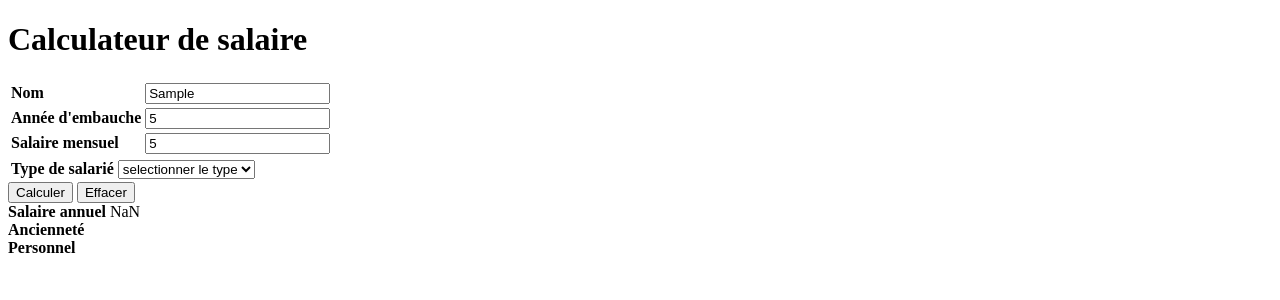
Repository: AgatheLM/formation_js
Page: insee-travaux-js/insee-client-js/tp2.html
An editor plug-in stored every save of this project. The page is shown before and after the next save, followed by the edit.
The browser window is 1280 px wide. The pictures show the whole page.
Empty fields were first filled with sample values (such as "Sample", 5 or name@example.com).
After loading, the first visible `input[onclick="calculer()"]` was clicked once.

Above is the page before, as saved 2018-01-25 11:06:22.

After the next save:
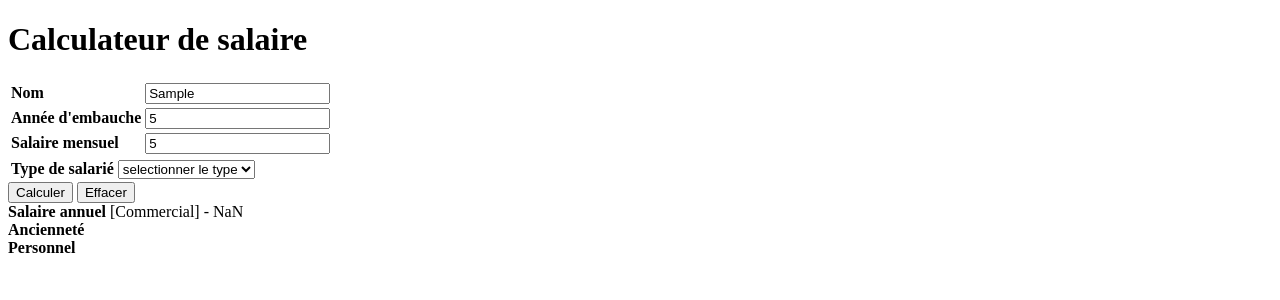
Saved 89 s later.
--- a/insee-travaux-js/insee-client-js/scripts/TP2/main.js
+++ b/insee-travaux-js/insee-client-js/scripts/TP2/main.js
@@ -50,12 +50,12 @@
 		 if (type=="dev"){
 			 var p = new Developpeur(nom, anEmb, salM, nbAppli, note);
 			 var salaireA = p.getSalaireA();
-			 writer.Tag("salAn",salaireA);
+			 writer.Tag("salAn", "[Developpeur] - " + salaireA);
 
 		 }else{
 			 var p = new Commercial(nom, anEmb, salM, nbClient, pourcent, caMoy);
 			 var salaireA =  p.getSalaireA();
-			 writer.Tag("salAn",salaireA);
+			 writer.Tag("salAn", "[Commercial] - " + salaireA);
 		 }
 	 }catch(e){
 		 console.log(e);
